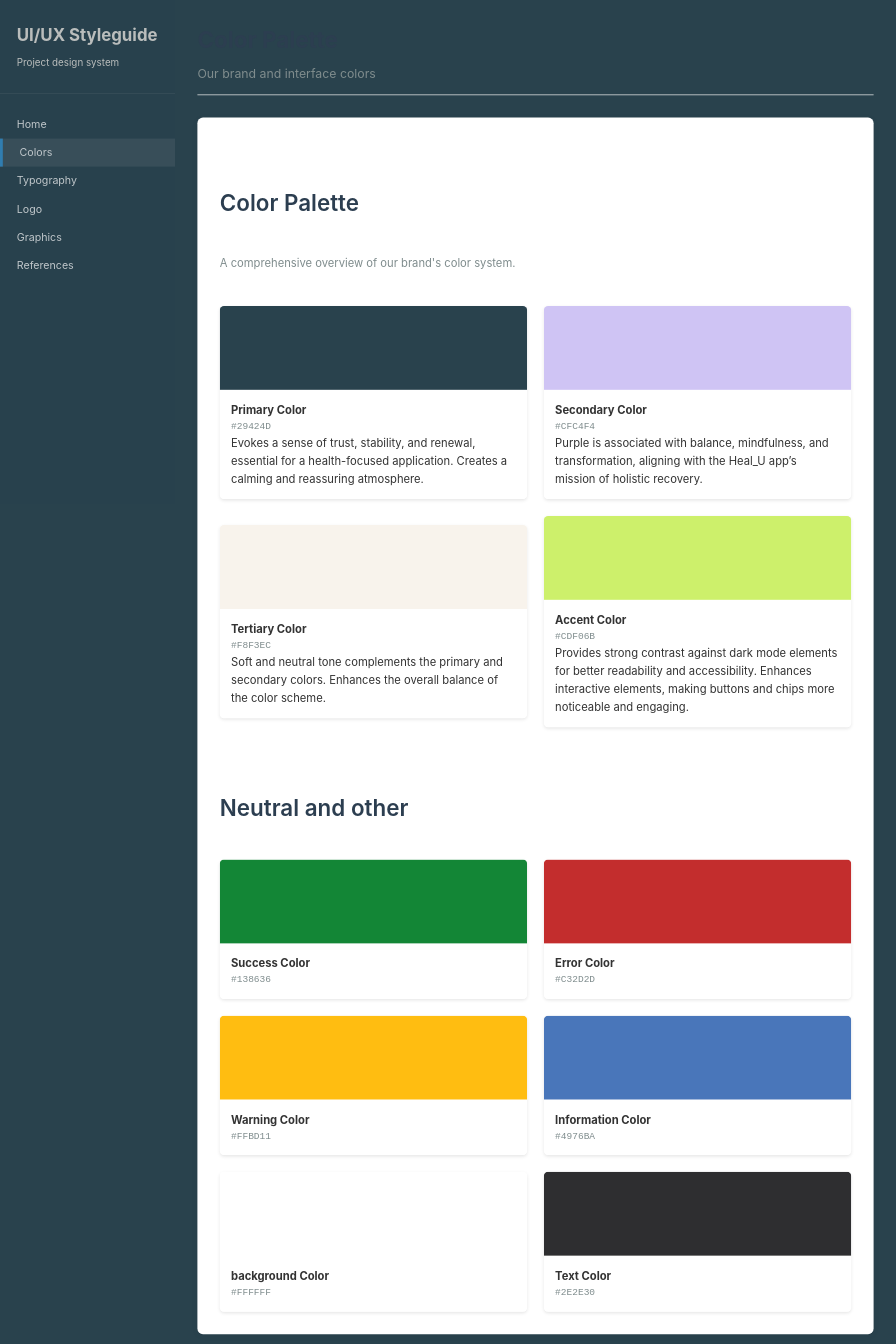
Repository: rosielee09/Heal_U
Page: colors.html
An editor plug-in stored every save of this project. The page is shown before and after the next save, followed by the edit.
The browser window is 1280 px wide. The pictures show the part of the page from y = 0 to 1920 px (the page is 4806 px tall before and 6192 px after), at 70% of full size.

Above is the page before, as saved 2025-04-06 10:01:07.

### colors.html
<!DOCTYPE html>
<html lang="en">
  <head>
    <meta charset="UTF-8" />
    <meta name="viewport" content="width=device-width, initial-scale=1.0" />
    <link rel="stylesheet" href="styles.css"/>
    <title>Heal_U Styleguide</title>
  </head>
  <body>
    <div class="container">
      <!-- Sidebar Navigation -->
      <div class="sidebar">
        <div class="sidebar-header">
          <h1>UI/UX Styleguide</h1>
          <p>Project design system</p>
        </div>
        <ul class="nav">
          <li><a href="index.html">Home</a></li>
          <li class="active"><a href="colors.html">Colors</a></li>
          <li><a href="typography.html">Typography</a></li>
          <li><a href="logo.html">Logo</a></li>
          <li><a href="graphics.html">Graphics</a></li>
          <li><a href="references.html">References</a></li>
        </ul>
      </div>

      <!-- Main Content - Home Page -->
      <div class="content">
        <header class="page-header">
            <h2>Color Palette</h2>
            <p>Our brand and interface colors</p>
        </header>
    <!-- SECTION 1: Color Palette -->
     <div class="component">
        <div class="component-header">
            <h3 class="component-title">Color Palette</h3>
            <p class="component-description">A comprehensive overview of our brand's color system.</p>
    </div>

        <!-- Primary Colors -->
        <div class="component-section">
            <div class="color-grid__onlycolor">
                <div class="color-item">
                    <div class="color-preview color__primary--preview"></div>
                    <div class="color-info">
                        <h4 class="color-title">Primary Color</h4>
                        <div class="color-value">#29424D</div>
                        <div>Evokes a sense of trust, stability, and renewal, essential for a health-focused application.
                            Creates a calming and reassuring atmosphere.</div>
                    </div>
                </div>
                  <!-- Secondary Colors -->
                <div class="color-item">
                    <div class="color-preview color__secondary--preview"></div>
                    <div class="color-info">
                        <h4 class="color-title">Secondary Color</h4>
                        <div class="color-value">#CFC4F4</div>
                        <div>Purple is associated with balance, mindfulness, and transformation,
                            aligning with the Heal_U app’s mission of holistic recovery.</div>
                    </div>
                </div>

                <!-- tertiary -->
                <div class="color-item">
                    <div class="color-preview color__tertiary--preview"></div>
                    <div class="color-info">
                        <h4 class="color-title">Tertiary Color</h4>
                        <div class="color-value">#F8F3EC</div>
                        <div>Soft and neutral tone complements the primary and secondary colors.
                            Enhances the overall balance of the color scheme.</div>
                    </div>
                </div>

               <!-- Accent -->
                <div class="color-item">
                    <div class="color-preview color__accent--preview"></div>
                    <div class="color-info">
                        <h4 class="color-title">Accent Color</h4>
                        <div class="color-value">#CDF06B</div>
                        <div>Provides strong contrast against dark mode elements for better readability and accessibility.
                            Enhances interactive elements, making buttons and chips more noticeable and engaging. </div>
                    </div>
                </div>
            </div>
        </div>

    <br/>
    <!-- Neutral color  -->
    <div class="component-header">
        <h3 class="component-title">Neutral and other</h3>
    <div class="color__section"></div>
    </div>

       <!-- Neutral  Colors -->
   <div class="component-section color-grid__onlycolor">
            <!-- Success -->
            <div class="color-item">
                <div class="color-preview color__success--preview"></div>
                <div class="color-info">
                    <h4 class="color-title">Success Color</h4>
                    <div class="color-value">#138636</div>
            </div>
            </div>
            <!-- Error -->
            <div class="color-item">
                <div class="color-preview color__error--preview"></div>
                <div class="color-info">
                    <h4 class="color-title">Error Color</h4>
                    <div class="color-value">#C32D2D</div>
                </div>
            </div>

             <!-- Warning -->
             <div class="color-item">
                   <div class="color-preview color__warning--preview"></div>
                <div class="color-info">
                    <h4 class="color-title">Warning Color</h4>
                    <div class="color-value">#FFBD11</div>
                </div>
            </div>

            <!-- Info -->
               <div class="color-item">
                <div class="color-preview color__info--preview"></div>
                <div class="color-info">
                    <h4 class="color-title">Information Color</h4>
                   <div class="color-value">#4976BA</div>
               </div>
               </div>



            <!-- background  -->
            <div class="color-item">
                <div class="color-preview color__background--preview"></div>
            <div class="color-info">
            <h4 class="color-title">background Color</h4>
            <div class="color-value">#FFFFFF</div>
             </div>
         </div>

         <!-- Text  -->
            <div class="color-item">
             <div class="color-preview color__text--preview"></div>
             <div class="color-info">
                 <h4 class="color-title">Text Color</h4>
                <div class="color-value">#2E2E30</div>
            </div>
            </div>
           </div>
       </div>

  <!-- SECTION 2:  Accessiblilliy -->
  <div class="component">
    <div class="component-header">
        <h3 class="component-title"> Accessiblilliy </h3>
        <p class="component-description">The following image demonstrates that the color contrast meets AAA accessibility standards, ensuring optimal readability and usability for all users.</p>
    </div>
    <div class="component-section color-grid__Accessiblilliy">
   <div class="color-item">
    <div class="color-accessiblillity"></div>
    <div class="color-info">
        <h4 class="color-title">Text Color</h4>
        <img  class="color-accessiblillity-img" src="img/color/Accessibility1.png" alt="main">
   </div>
   </div>

   <div class="color-item">
    <div class="color-accessiblillity"></div>
    <div class="color-info">
        <h4 class="color-title">Primary/Background Color</h4>
        <img  class="color-accessiblillity-img" src="img/color/Accessibility2.png" alt="Primary and background">
   </div>
   </div>

   <div class="color-item">
    <div class="color-accessiblillity"></div>
    <div class="color-info">
        <h4 class="color-title">Primary/Background Color</h4>
        <img  class="color-accessiblillity-img" src="img/color/Accessibility4.png" alt="Primary and Secondary">
   </div>
   </div>

   <div class="color-item">
    <div class="color-accessiblillity"></div>
    <div class="color-info">
        <h4 class="color-title">Primary/Tertiary Color</h4>
        <img  class="color-accessiblillity-img" src="/img/color/Accessibility3.png" alt="Primary and tertiary">
   </div>
   </div>
</div>
</div>


   <!-- SECTION 3:  Example -->
   <div class="component">
    <div class="component-header">
        <h3 class="component-title">Example </h3>

    <div class="component-section color-grid__onlycolor">
        <div class="color-grid">
            <img class="color-example-img" src="/img/color/main.png" alt="main screen">
        </div>
        <div>
            <img class="color-example-img" src="/img/color/progress.png" alt="progress screen">
        </div>
        <div>
            <img class="color-example-img" src="/img/color/blog.png" alt="blog screen">
        </div>
        </div>

    </div>

  </body>
  <script src="script.js"></script>
</html>

### styles.css
* {
    margin: 0;
    padding: 0;
    box-sizing: border-box;
}

body {
    font-family: 'Inter', -apple-system, BlinkMacSystemFont, 'Segoe UI', Roboto, Oxygen, Ubuntu, Cantarell, sans-serif;
    line-height: 1.6;
    color: #333;
    background: #29424D;

    margin: 0;
    padding: 0;
    width: 100vw;
    height: 100vh;


}

/* Layout */
.container {
    display: flex;
    min-height: 100vh;
}

/* Sidebar Navigation */
.sidebar {
    width: 250px;
    background-color: #29424D;
    color: #F8F3EC;
    padding: 2rem 0;
    position: fixed;
    height: 100vh;
    overflow-y: hidden;
    opacity: 0.7;
}


.sidebar-header {
    padding: 0 1.5rem 2rem;
    border-bottom: 1px solid rgba(255, 255, 255, 0.1);
}

.sidebar-header h1 {
    font-size: 1.5rem;
    font-weight: 700;
    margin-bottom: 0.5rem;
}

.sidebar-header p {
    font-size: 0.875rem;
    opacity: 1;
}

.nav {
    list-style: none;
    padding: 1.5rem 0;
}

.nav li {
    padding: 0.5rem 1.5rem;
}

.nav li.active {
    background-color: rgba(255, 255, 255, 0.1);
    border-left: 4px solid #3498db;
}

.nav a {
    color: #fff;
    text-decoration: none;
    display: block;
    font-size: 0.95rem;
    transition: all 0.2s;
}

.nav a:hover {
    opacity: 1;
}


/* Home page animation */
.body-homepage{
    overflow: hidden;
    position: relative;
    display: flex;
    align-items: center;
}

  .animation--title-head {

    color: #F8F3EC;
    font-size: 8rem;
    line-height: 1.2;
    font-weight: bold;
    letter-spacing: 2px;
    font-family: 'Roboto', sans-serif;
    text-transform: uppercase;

  }

  .animation--title-subhead {
    color: #F8F3EC;
    font-size: 2rem;
    line-height: 2;
    font-family: 'Roboto', sans-serif;
    font-style: italic;
  }

  .animation--title-member {
    color: #F8F3EC;
    font-size: 1.4rem;
    line-height: 1.4;
    font-family: 'Roboto', sans-serif;

  }

  .animation--title {
    text-align: right;
    display: flex;
    flex-direction: column;
    justify-content: flex-end;
    padding-left: 55rem;


  }

  .blob {
    position: absolute;
    top: 0;
    left: 0;
    fill: #CFC4F4;
    width: 50vmax;
    z-index: -1;
    animation: move 10s ease-in-out infinite;
    transform-origin: 50% 50%;
  }

  @keyframes move {
    0%   { transform: scale(1)   translate(10px, -30px); }
    38%  { transform: scale(0.8, 1) translate(80vw, 30vh) rotate(160deg); }
    40%  { transform: scale(0.8, 1) translate(80vw, 30vh) rotate(160deg); }
    78%  { transform: scale(1.3) translate(0vw, 50vh) rotate(-20deg); }
    80%  { transform: scale(1.3) translate(0vw, 50vh) rotate(-20deg); }
    100% { transform: scale(1)   translate(10px, -30px); }
  }




/* Main Content */
.content {
    flex: 1;
    padding: 2rem;
    margin-left: 250px;
    max-width: calc(100% - 250px);
}

.page-header {
    margin-bottom: 2rem;
    padding-bottom: 1rem;
    border-bottom: 1px solid #eee;
}

.page-header h2 {
    font-size: 2rem;
    font-weight: 700;
    color: #2c3e50;
    margin-bottom: 0.5rem;
}

.page-header p {
    color: #7f8c8d;
    font-size: 1.1rem;
}

/* Components Common Styles */
.component {
    background-color: #fff;
    border-radius: 8px;
    box-shadow: 0 2px 10px rgba(0, 0, 0, 0.05);
    padding: 2rem;
    margin-bottom: 2rem;
}

.component-section{
    margin-top: 3rem;
}

.component-header {
    margin-top: 1.5rem;
    margin-bottom: 1.5rem;
}

.component-title {
    font-size: 2rem;
    font-weight: 600;
    margin-top: 4rem;
    margin-bottom: 3rem;
    color: #2c3e50;
}

.component-description {
    color: #7f8c8d;
}


    /* Color Styles */
.color-grid {
    display: grid;
    grid-template-columns: repeat(auto-fill, minmax(300px, 1fr));
    gap: 1.5rem;
}

.color-grid__onlycolor {
    display: grid;
    grid-template-columns: repeat(auto-fill, minmax(300px, 2fr));
    gap: 1.5rem;
    align-items: center;
}

.color-grid__Accessiblilliy {
    display: grid;
    grid-template-columns: repeat(auto-fit, minmax(clamp(300px, 50%, 400px), 1fr));
    gap: 1.5rem;
}

.color-item {
    border-radius: 6px;
    overflow: hidden;
    box-shadow: 0 2px 5px rgba(0, 0, 0, 0.1);
}

.color-preview {
    height: 120px;
}

.color-info {
    padding: 1rem;
    background-color: #fff;
}

.color-name {
    font-weight: 600;
    margin-bottom: 0.25rem;
}

.color-value {
    font-family: monospace;
    color: #7f8c8d;
    font-size: 0.85rem;
}

.color__primary--preview{
    background-color: #29424D;
}

.color__secondary--preview{
    background-color: #CFC4F4;
}

.color__tertiary--preview {
    background-color: #F8F3EC;
}

.color__accent--preview{
    background-color: #CDF06B;
}

.color__success--preview{
    background-color: #138636;
}

.color__error--preview{
    background-color: #C32D2D;
}

.color__warning--preview{
    background-color: #FFBD11;
}

.color__info--preview{
    background-color: #4976BA;
}

.color__background--preview{
    background-color: #fff;
}

.color__text--preview{
    background-color: #2E2E30;
}

.color-accessiblillity-img {
    width: 100%;
    height: 70%;
}

.color-example-img{
    align-items: center;
}


/* Graphics */
.graphic-grid {
    display: grid;
    grid-template-columns: repeat(auto-fill, minmax(300px, 2fr));
    gap: 1.5rem;

}

/* section__icons */
.graphic-grid__icons{
    display: grid;
    grid-template-columns: repeat(5, 1fr);
    gap: 1.5rem;
}

.graphic-item{
   justify-items: center;

}


.graphic-menu__icon{
    margin: 10px;
}
.graphic-title{
    margin-top: 3rem;
    margin-bottom: 3rem;
}

.graphic-item-grid1{
    margin-top: 3rem;
}


/* section illustrations */
.graphic-grid-illustrations,
.graphic-grid-images{
    display: grid;
    grid-template-columns: repeat(3, 1fr);
    gap: 1.5rem;
}
.graphic-item-illustrations,
.graphic-illustrations{
    max-width: 200px;
    max-height: 200px;
}
.graphic-icons{
    border-radius: 20px;
}

/* Typography */

/* Import Roboto font with multiple weights */
@import url('https://fonts.googleapis.com/css2?family=Roboto:wght@400;500;700&display=swap');


/* Table styling */
table {
  width: 100%;
  border-collapse: collapse;
  font-family: 'Roboto', sans-serif;
  margin: 2rem 0;
}

th {
  background-color: #f8f9fa;
  color: #212529;
  padding: 12px 16px;
  text-align: left;
  font-weight: 500;
  border-bottom: 2px solid #dee2e6;

}

td {
  padding: 16px;
  border-bottom: 1px solid #e9ecef;
  vertical-align: top;
}

/* Remove default list styling */
td li {
  list-style: none;
  margin: 4px 0;
  padding-left: 0;
}



.content-image {
  margin: auto;
  display: block;
  padding: 1rem;
}

.center {
  text-align: center;
}



.typography-item {
    margin-bottom: 2rem;
}


.heading1 {
  font-family: 'Roboto', sans-serif;
  font-size: 40px;
  line-height: 48px;
  font-weight: 700;
  color: #212529;

}

.heading2 {
  font-family: 'Roboto', sans-serif;
  font-size: 32px;
  line-height: 40px;
  font-weight: 700;
  color: #212529;
}

.section-header {
  font-family: 'Roboto', sans-serif;
  font-size: 24px;
  line-height: 32px;
  font-weight: 700;
  color: #212529;
}

.sub-header {
  font-family: 'Roboto', sans-serif;
  font-size: 20px;
  line-height: 28px;
  font-weight: 700;
  color: #212529;
}

.body-bold {
  font-family: 'Roboto', sans-serif;
  font-size: 16px;
  line-height: 24px;
  font-weight: 700;
  color: #212529;
}


.body {
  font-family: 'Roboto', sans-serif;
  font-size: 16px;
  line-height: 24px;
  font-weight: 400;
  color: #212529;
}

.small {
  font-family: 'Roboto', sans-serif;
  font-size: 14px;
  line-height: 20px;
  font-weight: 400;
  color: #212529;
}

.small-italic {
  font-family: 'Roboto', sans-serif;
  font-style: italic;
  font-size: 14px;
  line-height: 20px;
  font-weight: 400;
  color: #212529;
}

.tiny-bold {
  font-family: 'Roboto', sans-serif;
  font-size: 12px;
  line-height: 18px;
  font-weight: 700;
  color: #212529;
}

.tiny {
  font-family: 'Roboto', sans-serif;
  font-size: 12px;
  line-height: 18px;
  font-weight: 400;
  color: #212529;
}

.mini {
  font-family: 'Roboto', sans-serif;
  font-size: 8px;
  line-height: 12px;
  font-weight: 400;
  color: #212529;
  letter-spacing: 0.5px;
}

/* Add zebra striping for better readability */
tbody tr:nth-child(odd) {
  background-color: #f8f9fa;
}

Loaded but not shown: script.js (no stored copy; drawn as an empty file)

After the next save:
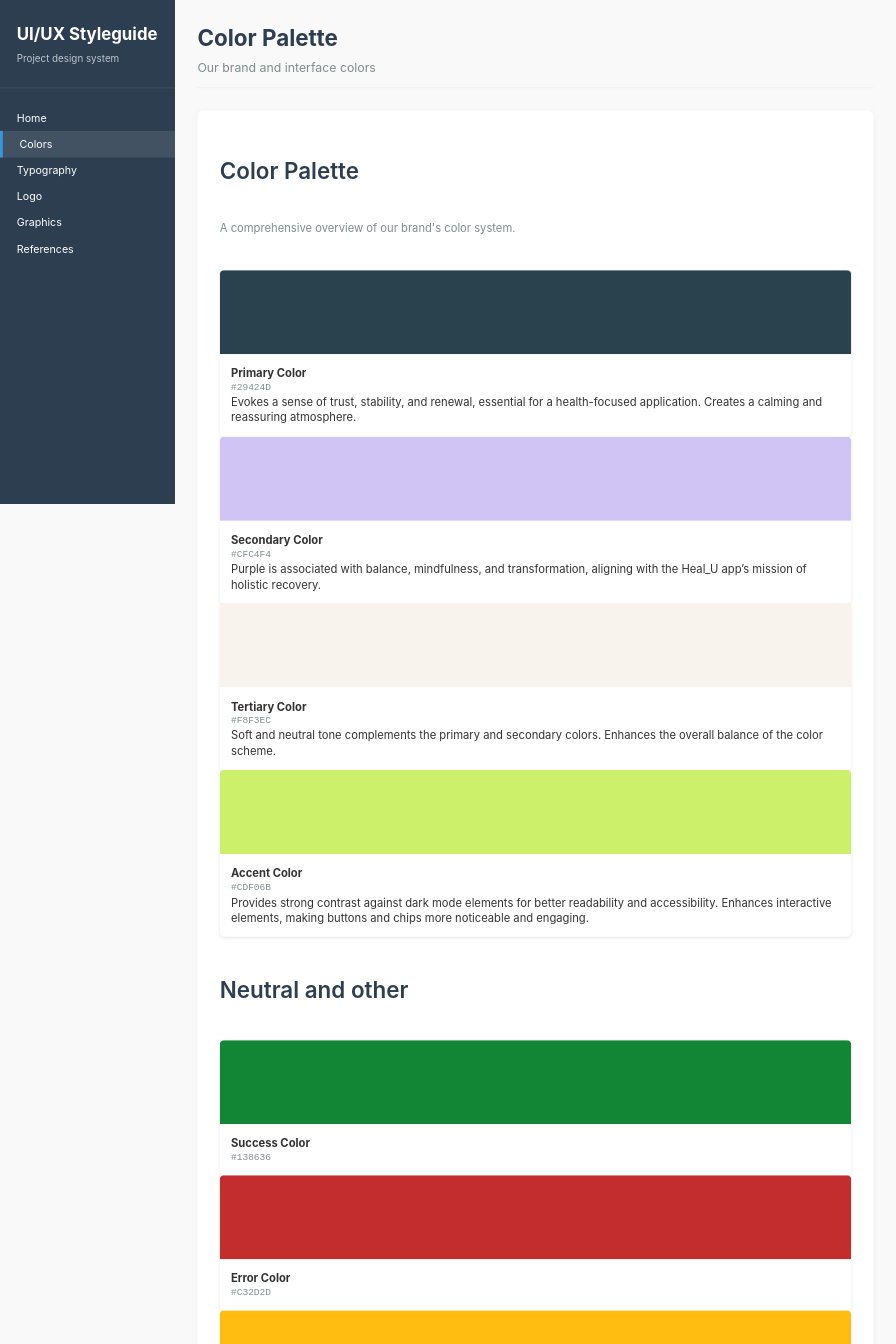
Saved 62 s later.
--- a/styles.css
+++ b/styles.css
@@ -6,16 +6,9 @@
 
 body {
     font-family: 'Inter', -apple-system, BlinkMacSystemFont, 'Segoe UI', Roboto, Oxygen, Ubuntu, Cantarell, sans-serif;
-    line-height: 1.6;
+    line-height: 1.4;
     color: #333;
-    background: #29424D;
-
-    margin: 0;
-    padding: 0;
-    width: 100vw;
-    height: 100vh;
-
-
+    background-color: #f9f9f9;
 }
 
 /* Layout */
@@ -27,15 +20,13 @@ body {
 /* Sidebar Navigation */
 .sidebar {
     width: 250px;
-    background-color: #29424D;
-    color: #F8F3EC;
+    background-color: #2c3e50;
+    color: #fff;
     padding: 2rem 0;
     position: fixed;
     height: 100vh;
-    overflow-y: hidden;
-    opacity: 0.7;
-}
-
+    overflow-y: auto;
+}
 
 .sidebar-header {
     padding: 0 1.5rem 2rem;
@@ -50,7 +41,7 @@ body {
 
 .sidebar-header p {
     font-size: 0.875rem;
-    opacity: 1;
+    opacity: 0.7;
 }
 
 .nav {
@@ -76,78 +67,8 @@ body {
 }
 
 .nav a:hover {
-    opacity: 1;
-}
-
-
-/* Home page animation */
-.body-homepage{
-    overflow: hidden;
-    position: relative;
-    display: flex;
-    align-items: center;
-}
-
-  .animation--title-head {
-
-    color: #F8F3EC;
-    font-size: 8rem;
-    line-height: 1.2;
-    font-weight: bold;
-    letter-spacing: 2px;
-    font-family: 'Roboto', sans-serif;
-    text-transform: uppercase;
-
-  }
-
-  .animation--title-subhead {
-    color: #F8F3EC;
-    font-size: 2rem;
-    line-height: 2;
-    font-family: 'Roboto', sans-serif;
-    font-style: italic;
-  }
-
-  .animation--title-member {
-    color: #F8F3EC;
-    font-size: 1.4rem;
-    line-height: 1.4;
-    font-family: 'Roboto', sans-serif;
-
-  }
-
-  .animation--title {
-    text-align: right;
-    display: flex;
-    flex-direction: column;
-    justify-content: flex-end;
-    padding-left: 55rem;
-
-
-  }
-
-  .blob {
-    position: absolute;
-    top: 0;
-    left: 0;
-    fill: #CFC4F4;
-    width: 50vmax;
-    z-index: -1;
-    animation: move 10s ease-in-out infinite;
-    transform-origin: 50% 50%;
-  }
-
-  @keyframes move {
-    0%   { transform: scale(1)   translate(10px, -30px); }
-    38%  { transform: scale(0.8, 1) translate(80vw, 30vh) rotate(160deg); }
-    40%  { transform: scale(0.8, 1) translate(80vw, 30vh) rotate(160deg); }
-    78%  { transform: scale(1.3) translate(0vw, 50vh) rotate(-20deg); }
-    80%  { transform: scale(1.3) translate(0vw, 50vh) rotate(-20deg); }
-    100% { transform: scale(1)   translate(10px, -30px); }
-  }
-
-
-
+    opacity: 0.8;
+}
 
 /* Main Content */
 .content {
@@ -196,7 +117,7 @@ body {
 .component-title {
     font-size: 2rem;
     font-weight: 600;
-    margin-top: 4rem;
+    margin-top: 2rem;
     margin-bottom: 3rem;
     color: #2c3e50;
 }
@@ -213,12 +134,7 @@ body {
     gap: 1.5rem;
 }
 
-.color-grid__onlycolor {
-    display: grid;
-    grid-template-columns: repeat(auto-fill, minmax(300px, 2fr));
-    gap: 1.5rem;
-    align-items: center;
-}
+
 
 .color-grid__Accessiblilliy {
     display: grid;
